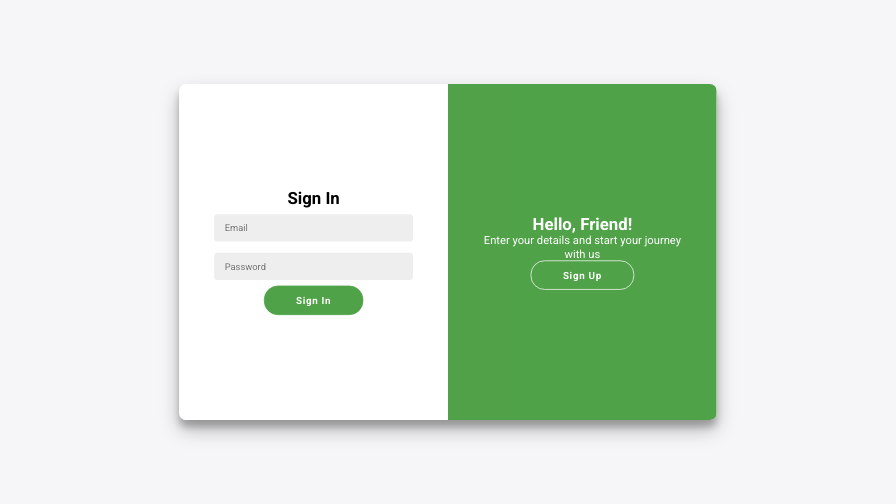
Repository: LatikaAdhikari064/Tuition_Website
Page: website_new/content/signin.html
An editor plug-in stored every save of this project. The page is shown before and after the next save, followed by the edit.
The browser window is 1280 px wide. The pictures show the part of the page from y = 0 to 1920 px (the page is 720 px tall before and 6480 px after), at 70% of full size.

Above is the page before, as saved 2025-10-08 10:54:43.

### website_new/content/signin.html
<!DOCTYPE html>
<html lang="en">
<head>
    <meta charset="UTF-8">
    <meta name="viewport" content="width=device-width, initial-scale=1.0">
    <title>Sign In & Sign Up</title>
    <link rel="stylesheet" href="signin.css">
</head>
<body>
    <div class="container">
        <div class="form-container sign-up-container">
            <form action="#">
                <h2>Create Account</h2>
                <input type="text" placeholder="Name" />
                <input type="email" placeholder="Email" />
                <input type="password" placeholder="Password" />
                <button>Sign Up</button>
            </form>
        </div>
        <div class="form-container sign-in-container">
            <form action="#">
                <h2>Sign In</h2>
                <input type="email" placeholder="Email" />
                <input type="password" placeholder="Password" />
                <button>Sign In</button>
            </form>
        </div>
        <div class="overlay-container">
            <div class="overlay">
                <div class="overlay-panel overlay-left">
                    <h2>Welcome Back!</h2>
                    <p>To keep connected with us please login with your personal info</p>
                    <button class="ghost" id="signIn">Sign In</button>
                </div>
                <div class="overlay-panel overlay-right">
                    <h2>Hello, Friend!</h2>
                    <p>Enter your details and start your journey with us</p>
                    <button class="ghost" id="signUp">Sign Up</button>
                </div>
            </div>
        </div>
    </div>

    <script>
      const signUpButton = document.getElementById('signUp');
const signInButton = document.getElementById('signIn');
const container = document.querySelector('.container');

signUpButton.addEventListener('click', () => {
    container.classList.add("right-panel-active");
});

signInButton.addEventListener('click', () => {
    container.classList.remove("right-panel-active");
});

    </script>
</body>
</html>

### website_new/content/signin.css
@import url('https://fonts.googleapis.com/css2?family=Roboto:wght@400;700&display=swap');

* {
    box-sizing: border-box;
    margin: 0;
    padding: 0;
    font-family: 'Roboto', sans-serif;
}

body {
    background: #f6f5f7;
    display: flex;
    justify-content: center;
    align-items: center;
    height: 100vh;
}

.container {
    background: #fff;
    border-radius: 10px;
    box-shadow: 0 14px 28px rgba(0,0,0,0.25),
                0 10px 10px rgba(0,0,0,0.22);
    position: relative;
    width: 768px;
    max-width: 100%;
    min-height: 480px;
    overflow: hidden;
}

.form-container {
    position: absolute;
    top: 0;
    height: 100%;
    transition: all 0.6s ease-in-out;
}

.sign-in-container {
    left: 0;
    width: 50%;
    z-index: 2;
}

.sign-up-container {
    left: 0;
    width: 50%;
    opacity: 0;
    z-index: 1;
}

form {
    background: #fff;
    display: flex;
    flex-direction: column;
    padding: 0 50px;
    height: 100%;
    justify-content: center;
    align-items: center;
    text-align: center;
}

input {
    background: #eee;
    border: none;
    padding: 12px 15px;
    margin: 8px 0;
    width: 100%;
    border-radius: 5px;
}

button {
    border-radius: 20px;
    border: 1px solid hsl(115, 38%, 46%);
    background-color: hsl(115, 38%, 46%);
    color: #fff;
    font-size: 14px;
    font-weight: bold;
    padding: 12px 45px;
    letter-spacing: 1px;
    cursor: pointer;
    transition: transform 0.3s ease;
}

button:hover {
    transform: scale(1.05);
}

.overlay-container {
    position: absolute;
    top: 0;
    left: 50%;
    width: 50%;
    height: 100%;
    overflow: hidden;
    transition: transform 0.6s ease-in-out;
    z-index: 100;
}

.overlay {
    background: hsl(115, 38%, 46%);
    background: linear-gradient(to right, hsl(115, 38%, 46%), hsl(115, 38%, 46%));
    color: #fff;
    position: relative;
    left: -100%;
    height: 100%;
    width: 200%;
    transform: translateX(0);
    transition: transform 0.6s ease-in-out;
}

.overlay-panel {
    position: absolute;
    display: flex;
    flex-direction: column;
    justify-content: center;
    align-items: center;
    text-align: center;
    top: 0;
    height: 100%;
    width: 50%;
    padding: 0 40px;
    transition: transform 0.6s ease-in-out;
}

.overlay-left {
    transform: translateX(-20%);
}

.overlay-right {
    right: 0;
    transform: translateX(0);
}

.ghost {
    background-color: transparent;
    border-color: #fff;
}

After the next save:
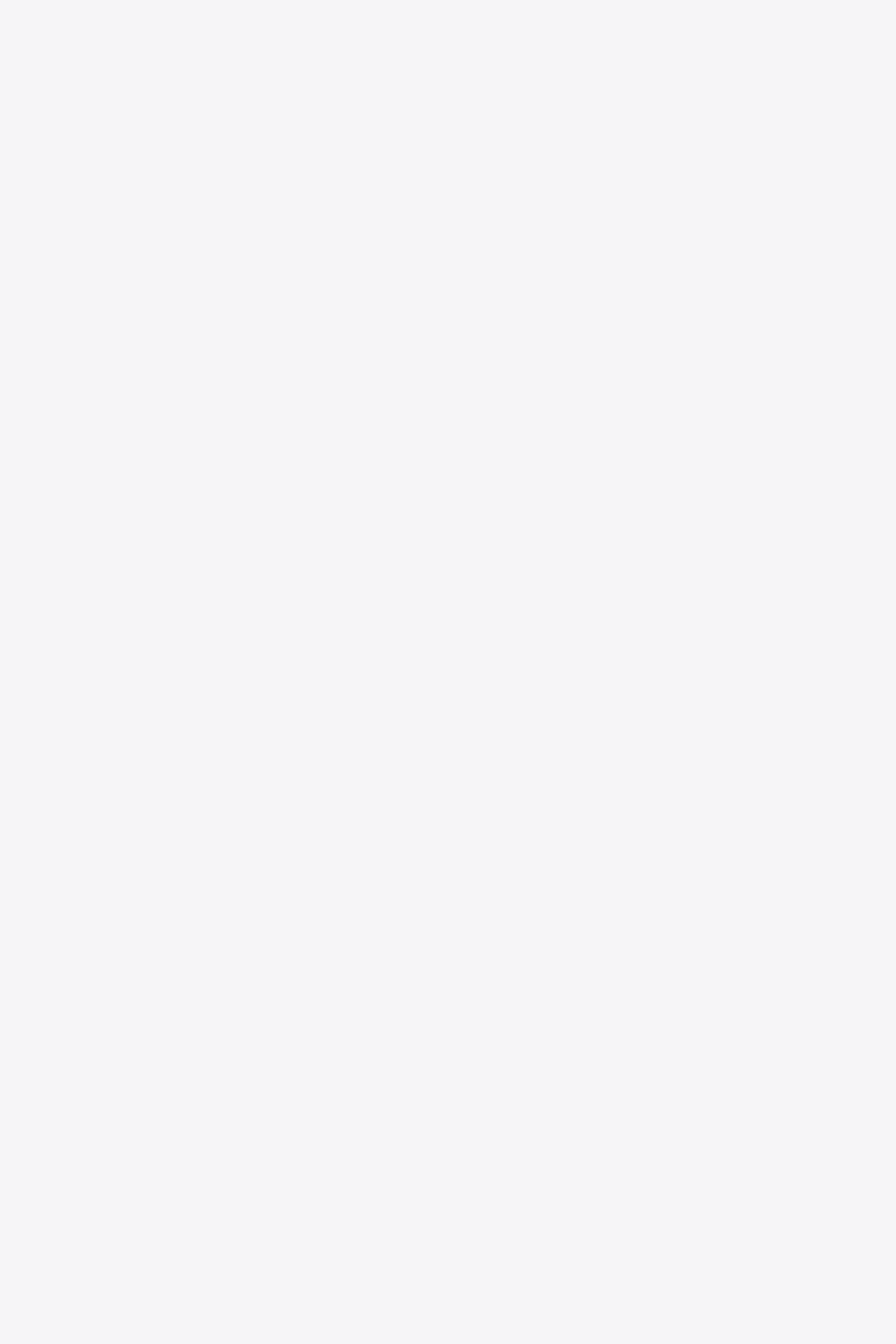
Saved 55 s later.
--- a/website_new/content/signin.css
+++ b/website_new/content/signin.css
@@ -12,7 +12,7 @@
     display: flex;
     justify-content: center;
     align-items: center;
-    height: 100vh;
+    height: 900vh;
 }
 
 .container {

After the save that followed:
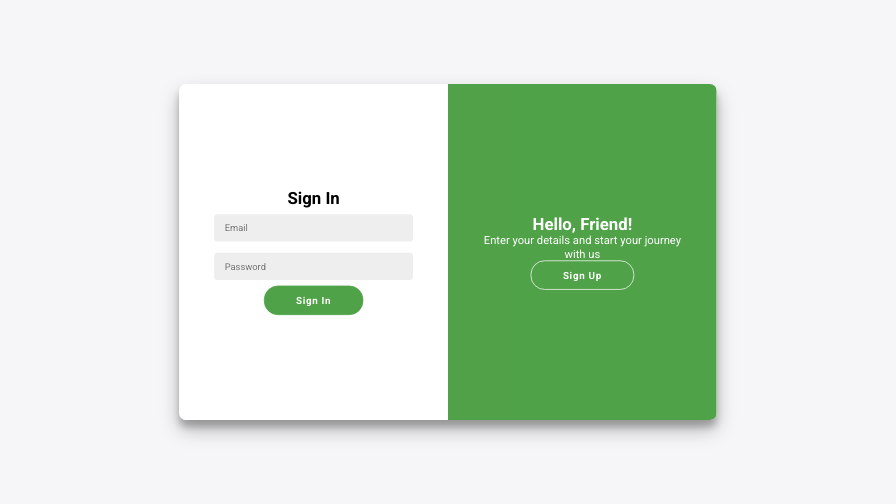
Saved 14 s later.
--- a/website_new/content/signin.css
+++ b/website_new/content/signin.css
@@ -12,7 +12,7 @@
     display: flex;
     justify-content: center;
     align-items: center;
-    height: 900vh;
+    height: 100vh;
 }
 
 .container {
